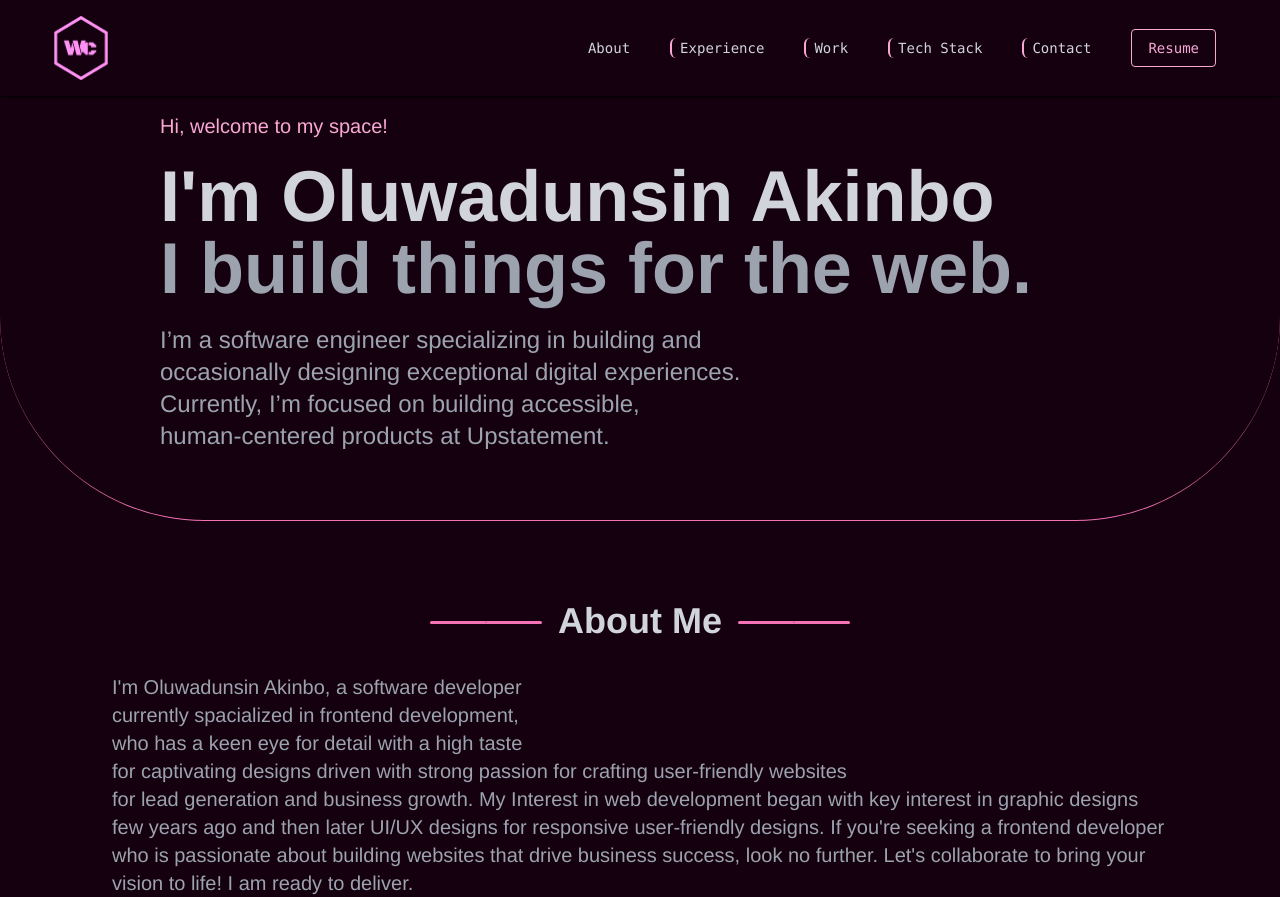
Repository: EmmyDunny1/myPortfolio
Page: / (app in MyPortfolio/)
The author's editor kept a copy of each file at every save. The page is drawn from the files as they stood at one save, then again after the next save.
The browser window is 1280 px wide. The pictures show the whole page.
The project was rebuilt for these pictures with package versions that can differ from the ones it lists, and the page was loaded fresh each time. Also part of the build but not shown: MyPortfolio/vite.config.js.

Above is the page before, as saved 2025-01-14 11:12:31.

After the next save:
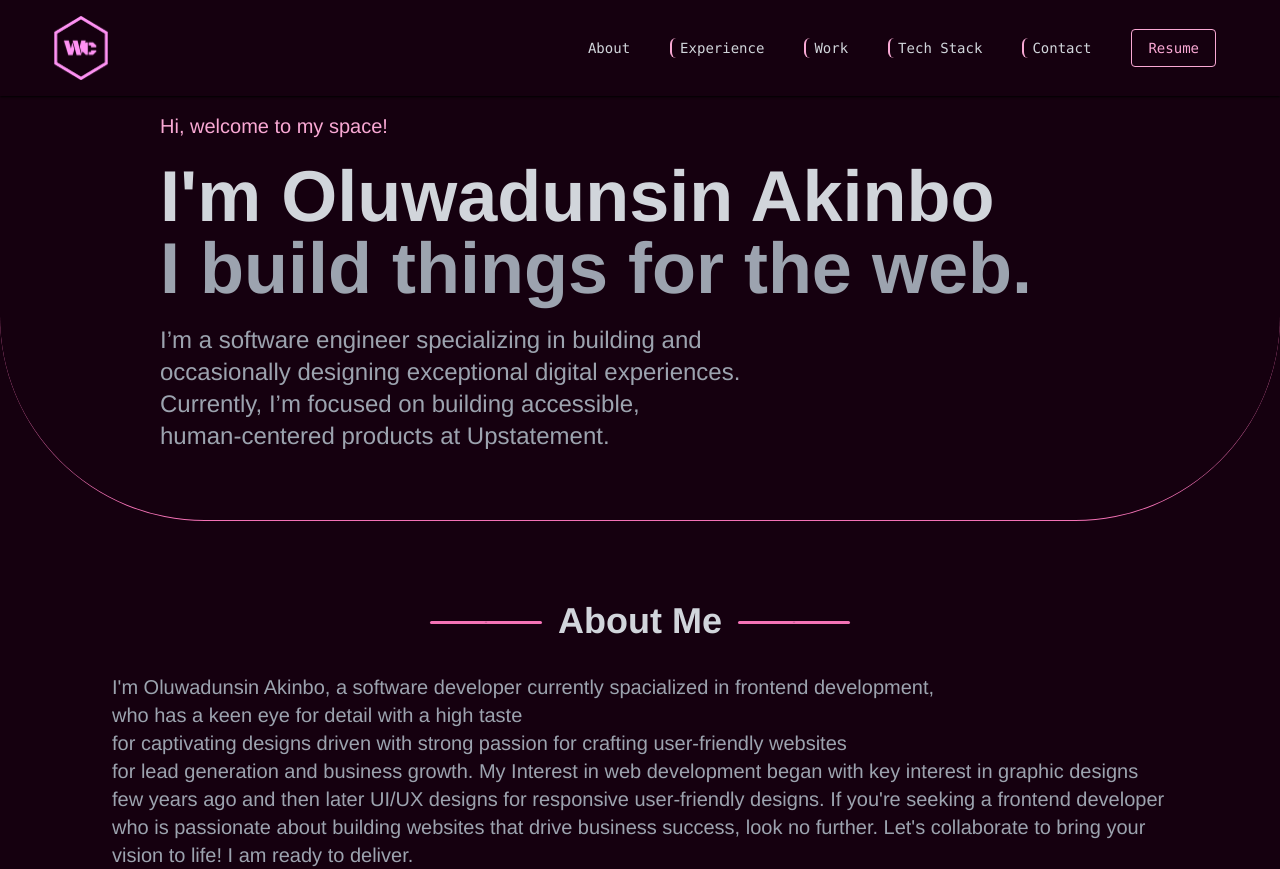
Saved 60 s later.
--- a/MyPortfolio/src/components/AboutMe.jsx
+++ b/MyPortfolio/src/components/AboutMe.jsx
@@ -12,7 +12,7 @@ const AboutMe = () => {
       </div>
     <div className='flex'>
         <div>
-            <p className='text-gray-400 text-xl'>I'm Oluwadunsin Akinbo, a software developer <br />currently spacialized in frontend development,<br /> who has a keen eye for detail with a high taste <br />for captivating designs driven with strong passion for crafting user-friendly websites <br />for lead generation and business growth.
+            <p className='text-gray-400 text-xl'>I'm Oluwadunsin Akinbo, a software developer currently spacialized in frontend development,<br /> who has a keen eye for detail with a high taste <br />for captivating designs driven with strong passion for crafting user-friendly websites <br />for lead generation and business growth.
 
                My Interest in web development began with key interest in graphic designs few years ago and then later UI/UX designs for responsive user-friendly designs.
 
